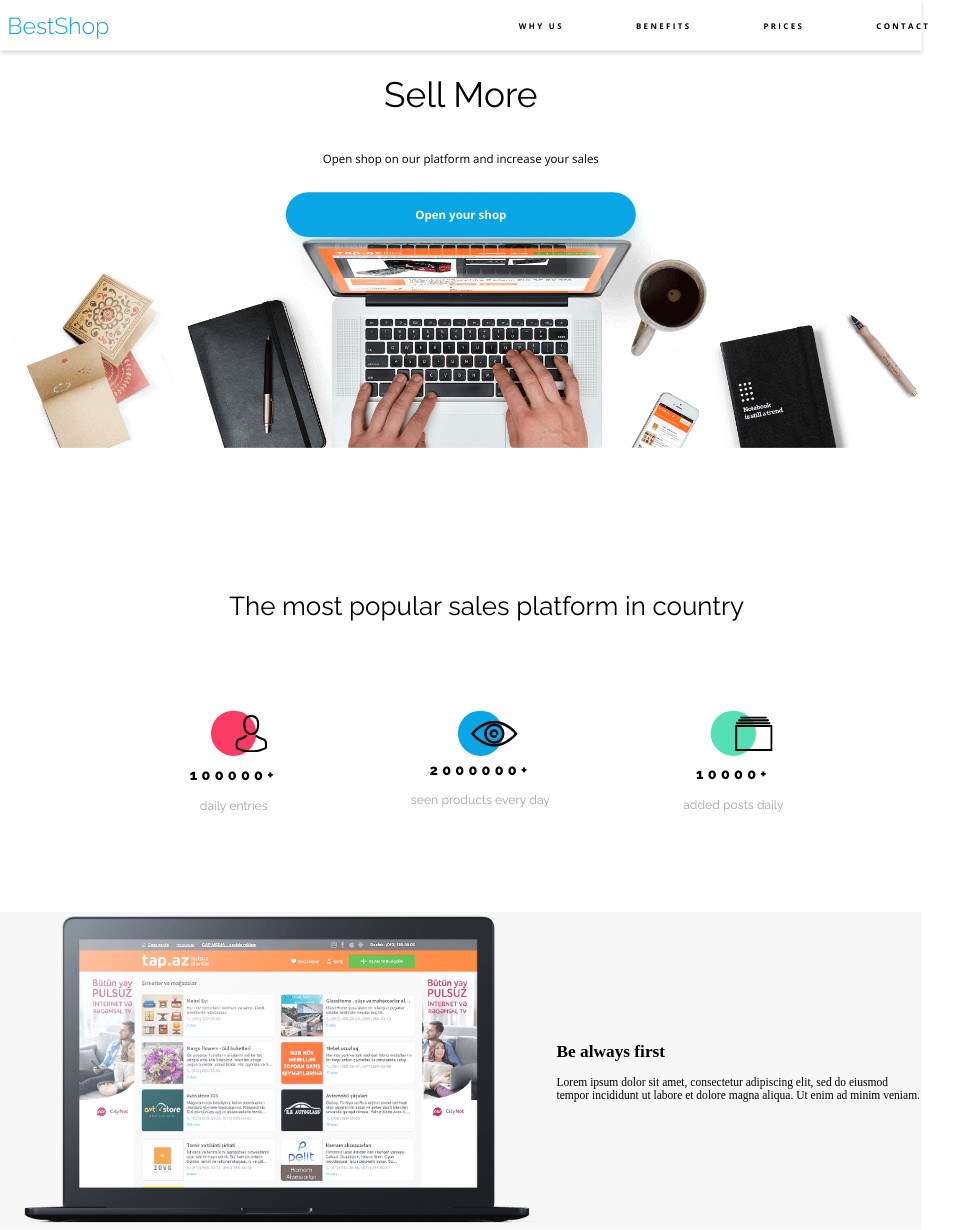
Repository: Widzisz/bestshop-website
Page: index.html
The author's editor kept a copy of each file at every save. The page is drawn from the files as they stood at one save, then again after the next save.
The browser window is 1280 px wide. The page is 1352 px wide, so the pictures cover 1352 px, including what lies to the right of the window. The pictures show the whole page, at 72% of full size.

Above is the page before, as saved 2021-03-19 19:39:05.

After the next save:
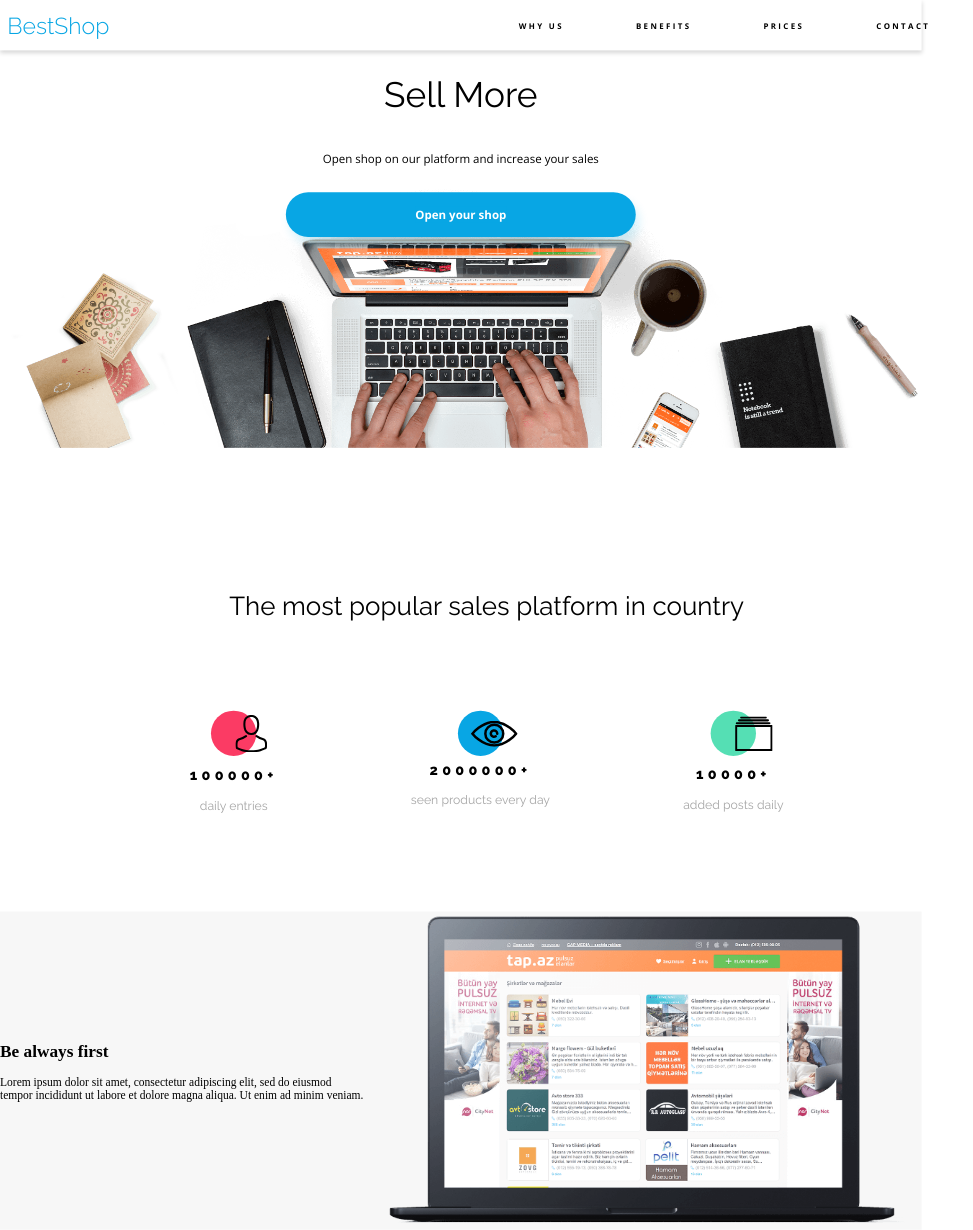
Saved 43 s later.
--- a/css/style.css
+++ b/css/style.css
@@ -263,6 +263,7 @@ background: var(--c-light-grey);
     display: flex;
     justify-content: space-between;
     align-items: center;
+    flex-direction: row-reverse;
 }
 .promotion__image-1 {}
 .promotion__picture {}
